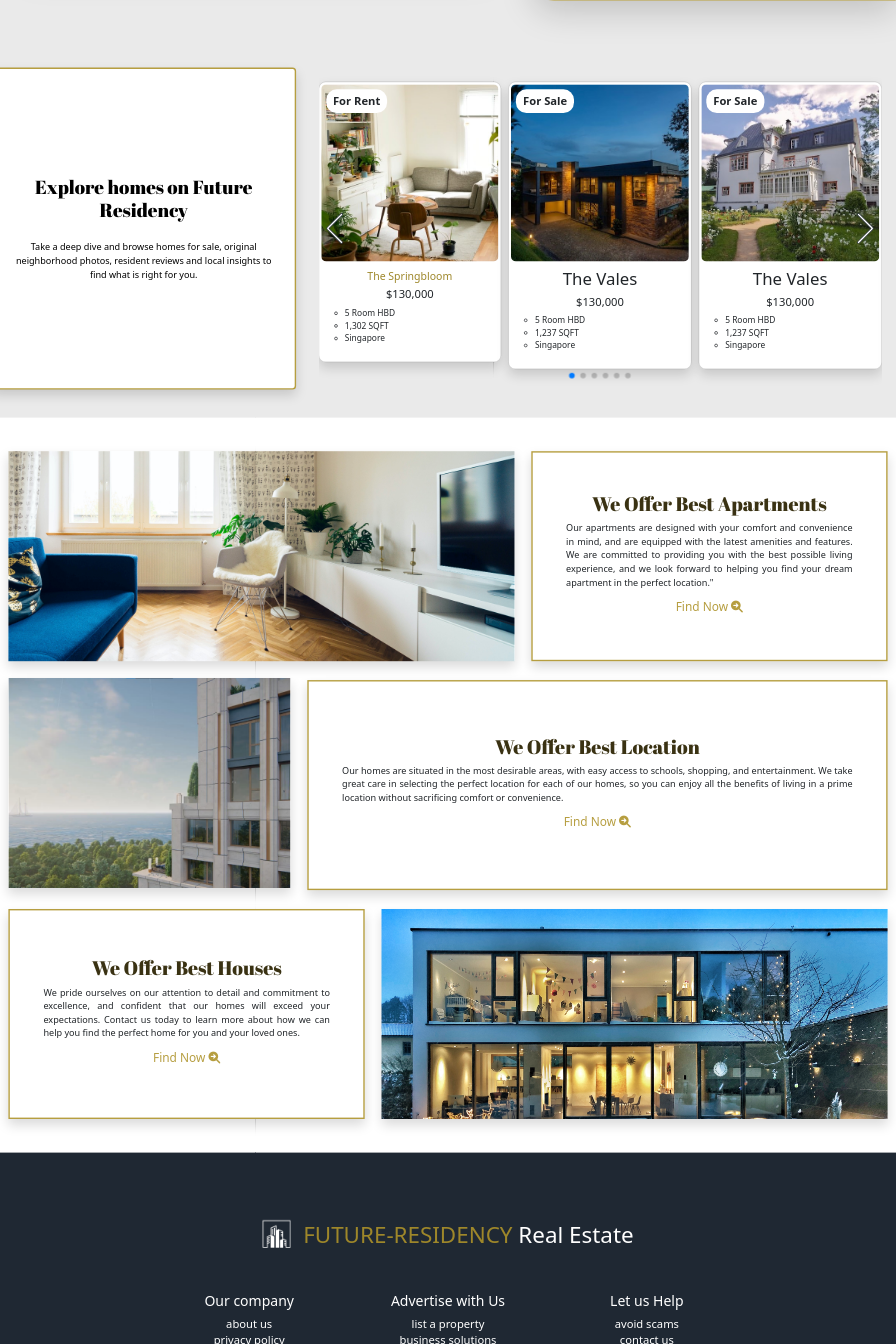
Repository: pyaestk/Future-residency
Page: index.html
These files come from the project's save history. The page is drawn as it stood at one moment and after the next save; the edit follows.
The browser window is 1280 px wide. The pictures show the part of the page from y = 662 to 2582 px (the page is 2749 px tall before and 2739 px after), at 70% of full size.
Pictures or frames that could not be fetched are drawn as grey boxes.

Above is the page before, as saved 2022-12-15 17:56:43.

After the next save:
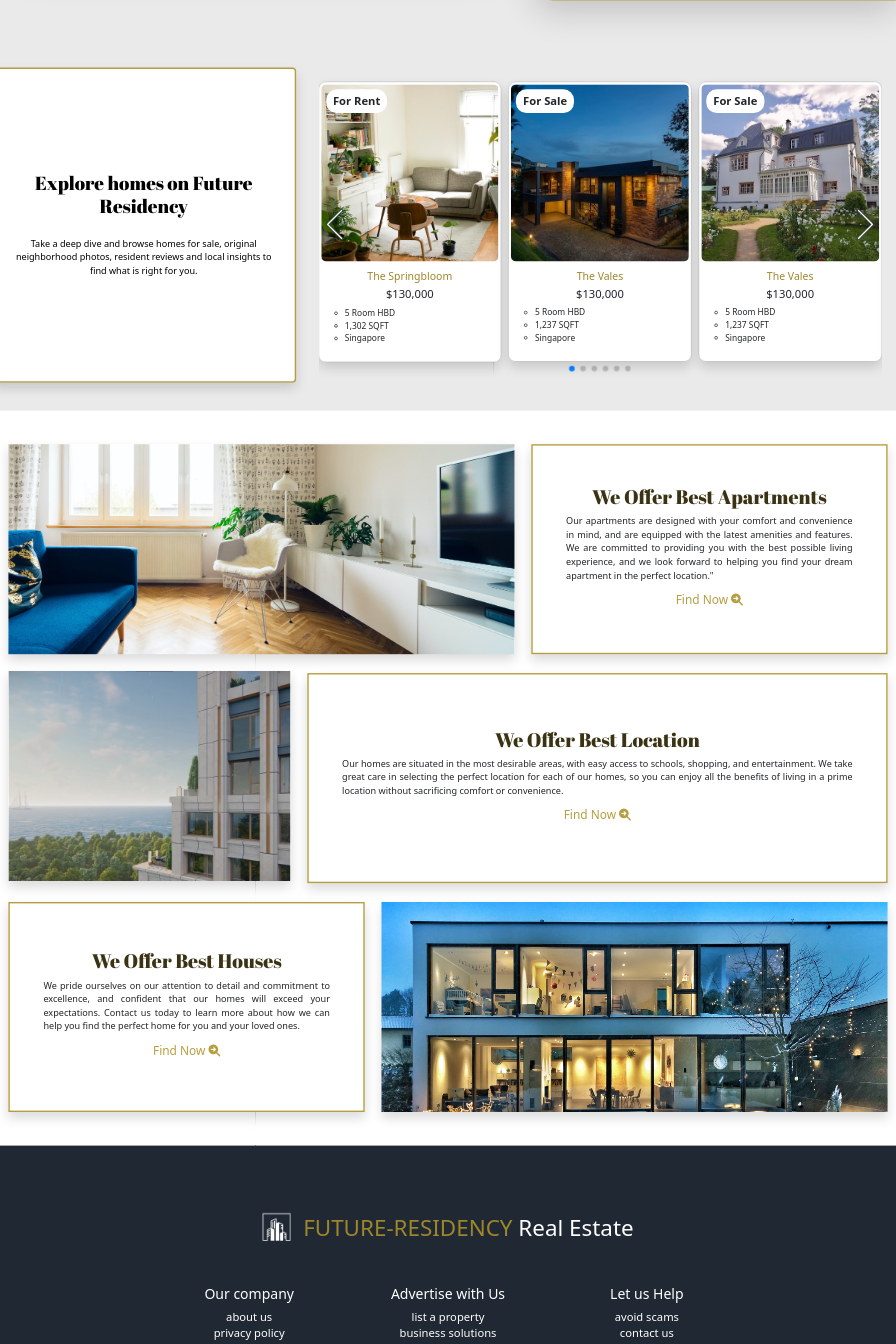
Saved 28 s later.
--- a/index.html
+++ b/index.html
@@ -229,7 +229,7 @@
                     <div class="salecard-body">
                       <div class="row">
                         <div class="col-md-12 text-center">
-                          <h4>The Vales</h4>
+                          <h5>The Vales</h5>
                           <h6>$130,000</h6>
                         </div>
                         <div class="col-md-12">
@@ -259,7 +259,7 @@
                     <div class="salecard-body">
                       <div class="row">
                         <div class="col-md-12 text-center">
-                          <h4>The Vales</h4>
+                          <h5>The Vales</h5>
                           <h6>$130,000</h6>
                         </div>
                         <div class="col-md-12">
@@ -289,7 +289,7 @@
                     <div class="salecard-body">
                       <div class="row">
                         <div class="col-md-12 text-center">
-                          <h4>The Vales</h4>
+                          <h5>The Vales</h5>
                           <h6>$130,000</h6>
                         </div>
                         <div class="col-md-12">
